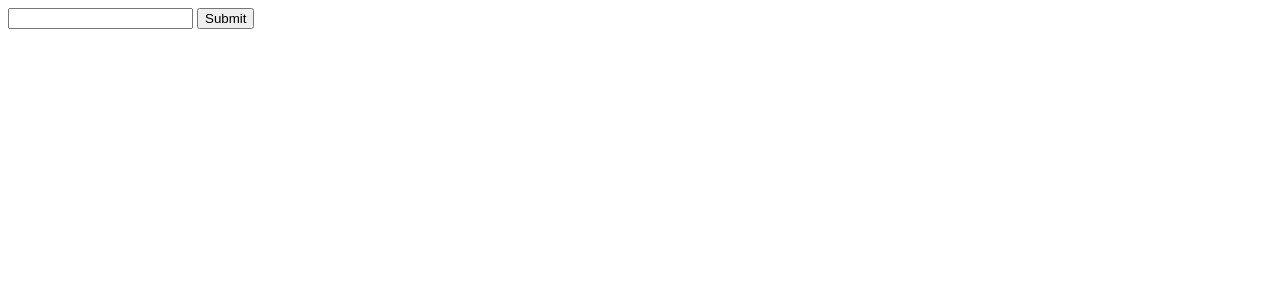
Repository: veerrajuMareddi/demo
Page: http://localhost/OilCorporation/views/byid.jsp
The author's editor kept a copy of each file at every save. The page is drawn from the files as they stood at one save, then again after the next save.
The browser window is 1280 px wide. The pictures show the whole page.
The page is served by Tomcat 9.

Above is the page before, as saved 2022-04-29 10:51:51.

After the next save:
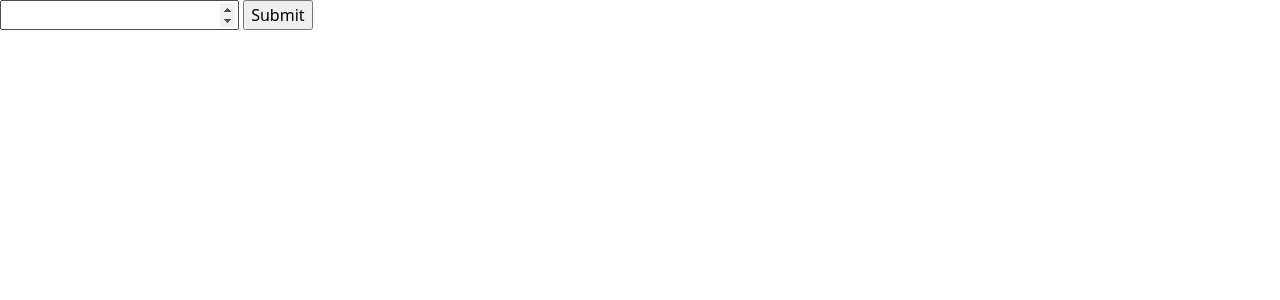
Saved 8 min 17 s later.
--- a/OilCorporation/src/main/webapp/views/byid.jsp
+++ b/OilCorporation/src/main/webapp/views/byid.jsp
@@ -5,6 +5,15 @@
 <!DOCTYPE html>
 <html>
 <head>
+<link
+	href="https://cdn.jsdelivr.net/npm/bootstrap@5.1.3/dist/css/bootstrap.min.css"
+	rel="stylesheet"
+	integrity="sha384-1BmE4kWBq78iYhFldvKuhfTAU6auU8tT94WrHftjDbrCEXSU1oBoqyl2QvZ6jIW3"
+	crossorigin="anonymous">
+	<script
+	src="https://cdn.jsdelivr.net/npm/bootstrap@5.1.3/dist/js/bootstrap.bundle.min.js"
+	integrity="sha384-ka7Sk0Gln4gmtz2MlQnikT1wXgYsOg+OMhuP+IlRH9sENBO0LRn5q+8nbTov4+1p"
+	crossorigin="anonymous"></script>
 <meta charset="ISO-8859-1">
 <title>Insert title here</title>
 </head>
